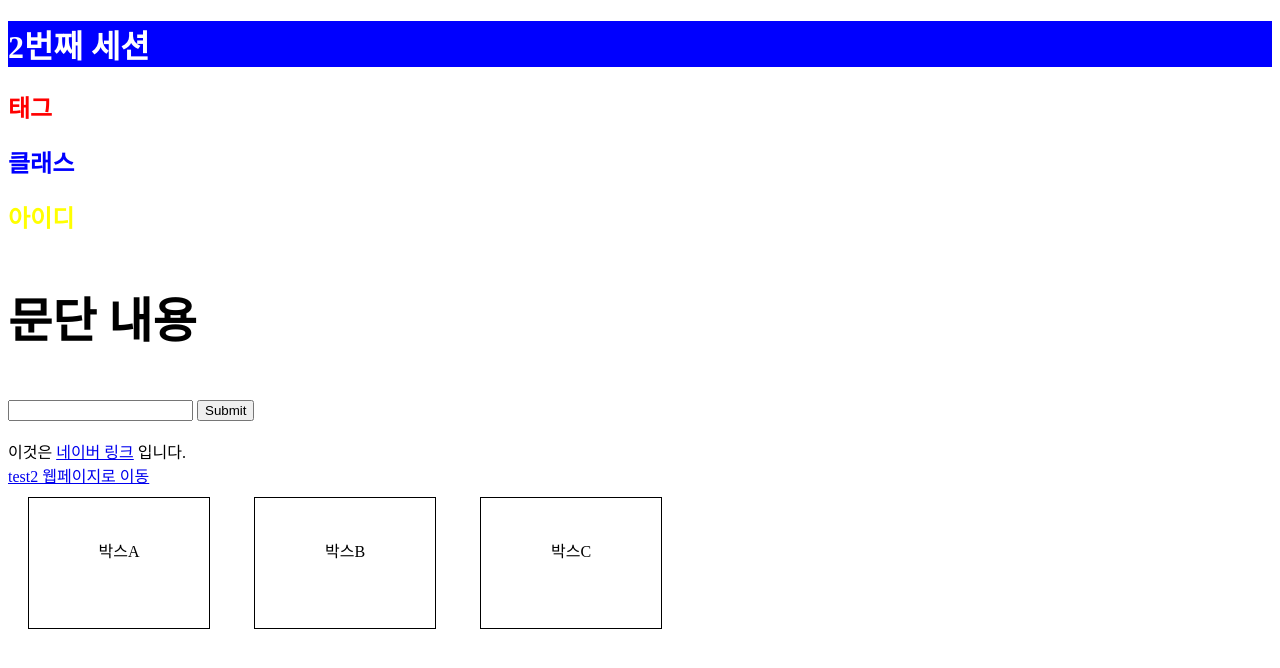
Repository: roseline0912/LikeLion
Page: Day1/test1.html
The author's editor kept a record of every edit. The page is drawn from the files as they stood at one moment, then again after the next edit.
The browser window is 1280 px wide. The pictures show the whole page.

Above is the page before.

After the next edit:
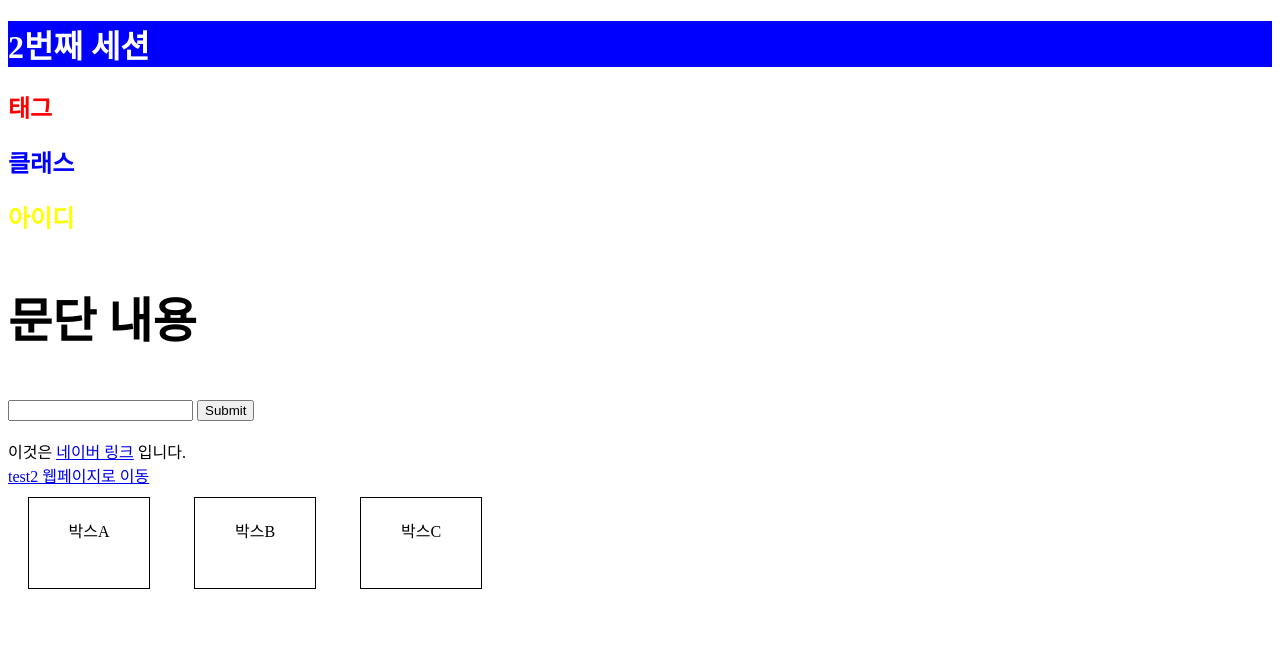
The edit:
--- a/Day1/test.css
+++ b/Day1/test.css
@@ -29,6 +29,7 @@
 
     text-align: center;
     vertical-align:middle;
-    padding:40px 40px;     /*박스 내부에 여유를 줌*/
+    padding:20px 10px;     /*박스 내부에 여유를 줌*/
     margin:10px 20px;       /*박스 외부에 여유를 줌*/
+    right: 30px;
 }
